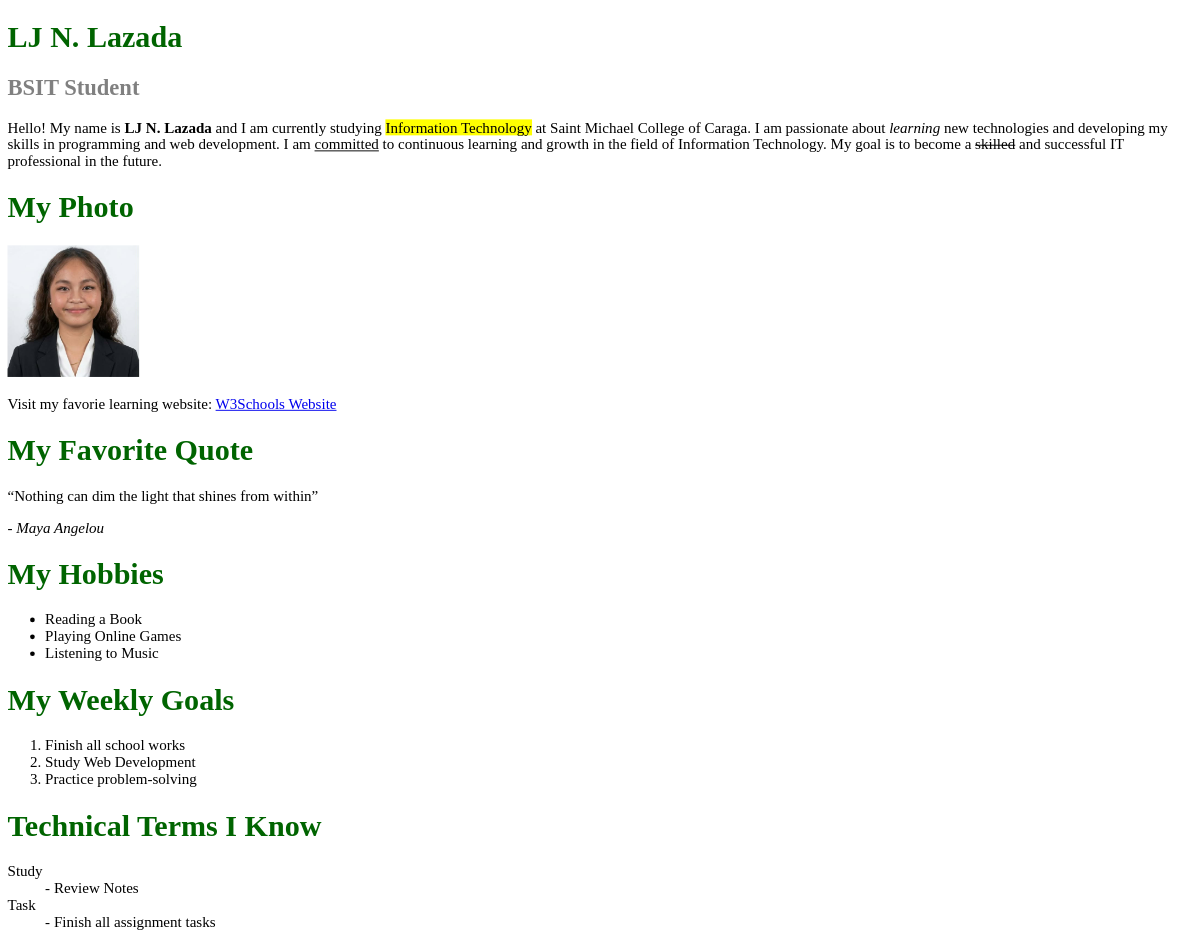
Repository: ljlazada11/myfirsthtml
Page: index.html
An editor plug-in stored every save of this project. The page is shown before and after the next save, followed by the edit.
The browser window is 1280 px wide. The pictures show the whole page, at 94% of full size.

Above is the page before, as saved 2026-06-24 20:19:47.

After the next save:
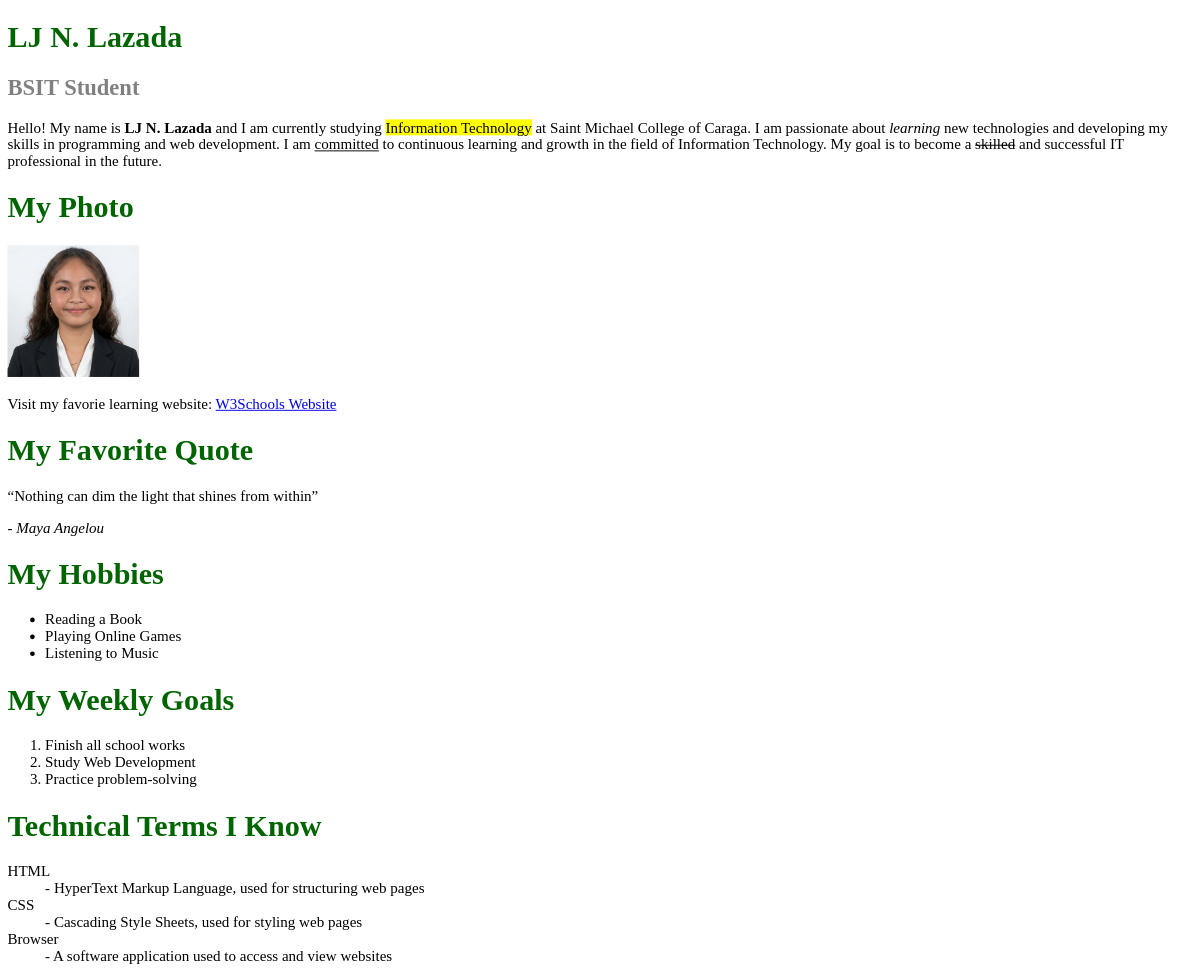
Saved 106 s later.
--- a/index.html
+++ b/index.html
@@ -38,10 +38,12 @@
 <body>
     <h1 style="color:darkgreen">Technical Terms I Know</h1>
     <dl>
-        <dt>Study</dt>
-        <dd>- Review Notes</dd>
-        <dt>Task</dt>
-        <dd>- Finish all assignment tasks</dd>
+        <dt>HTML</dt>
+        <dd>- HyperText Markup Language, used for structuring web pages</dd>
+        <dt>CSS</dt>
+        <dd>- Cascading Style Sheets, used for styling web pages</dd>
+        <dt>Browser</dt>
+        <dd>- A software application used to access and view websites</dd>
     </dl>
 
 </body>
